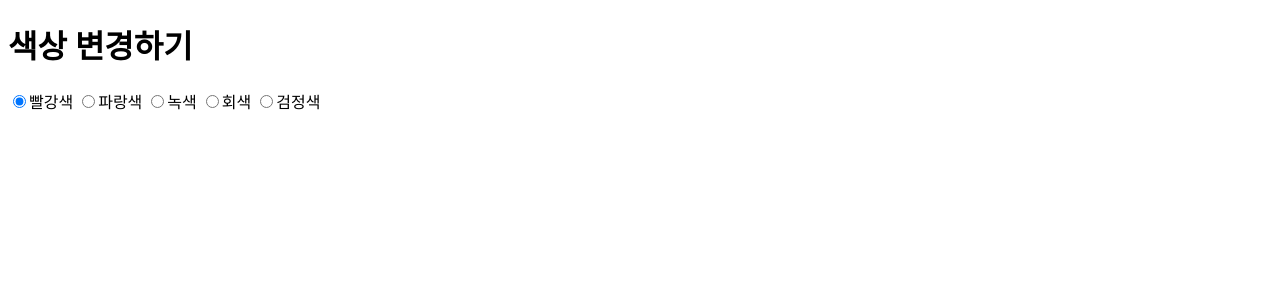
Repository: zmfhd1/Web
Page: jstest/WebContent/event3.html
An editor plug-in stored every save of this project. The page is shown before and after the next save, followed by the edit.
The browser window is 1280 px wide. The pictures show the whole page.
After loading, the first visible `input` was clicked once.

Above is the page before, as saved 2021-08-25 02:05:55.
Console error: ReferenceError: red is not defined

After the next save:
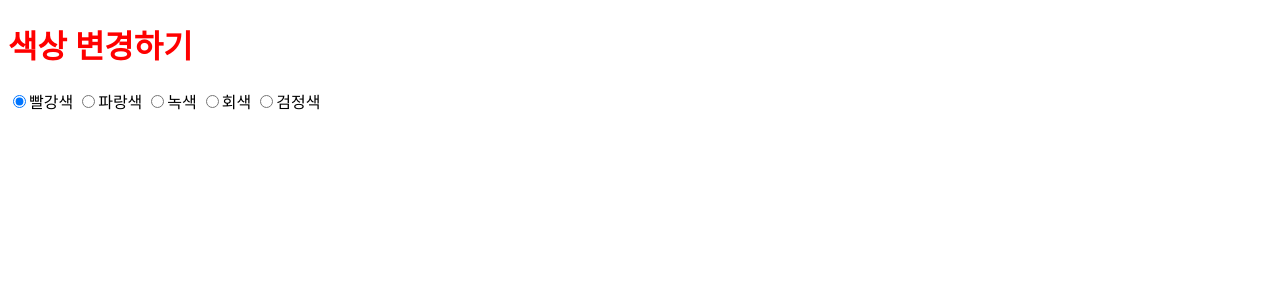
The error is gone.
Saved 29 s later.
--- a/jstest/WebContent/event3.html
+++ b/jstest/WebContent/event3.html
@@ -13,10 +13,10 @@ window.onload = function()
 	for(i=0; i<radio_list.length; i++){
 		radio_list[i].onclick = function(){
 			if(radio_list = "red"){
-				cc.style.color = red;
+				cc.style.color = "red";
 			}
 			else{
-				cc.style.color = black;
+				cc.style.color = "black";
 			}
 			//document.getElementById("result").innerHTML = this.value;
 		}
